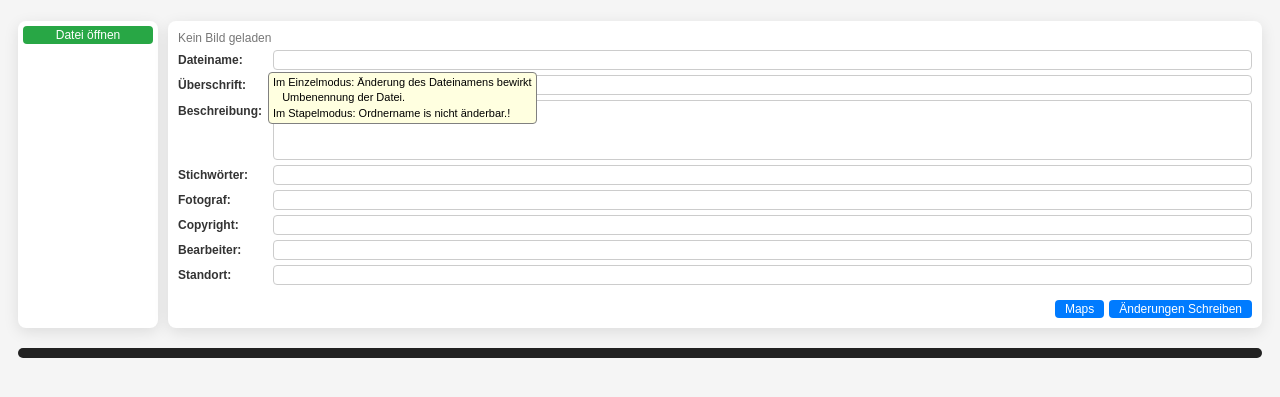
Repository: h-fahle/metadata
Page: ui/index.html
An editor plug-in stored every save of this project. The page is shown before and after the next save, followed by the edit.
The browser window is 1280 px wide. The pictures show the whole page.
The pointer rests on the first visible `.tooltip`.

Above is the page before, as saved 2026-08-18 13:03:48.

### ui/index.html
<!DOCTYPE html>
<html lang="de">

<head>
	<meta charset="UTF-8">
	<title>Tauri ExifTool Test</title>
	<script src="script.js"></script>
	<link rel="stylesheet" href="style.css">
</head>

<body>

	<div class="main-container">

		<!-- Das Vorschaubild links -->
		<div id="sidebar">
			<button id="file-open" onclick="dateiAuswählen()">Datei öffnen</button>

			<!-- 			<select id="menue-oeffnen" onchange="menueAktion(this)" >
				<option value="dateien">🖼️ Bilder öffnen...</option>
				<option value="ordner">📁 Ordner öffnen...</option>
			</select>
 -->
			<img id="vorschau-bild" src="" style="display:none;" />
			<div id="bild-info" style="text-align:center;">
				<span id="img-nummer"></span><br>
				<span id="img-datum"></span><br>
				<span id="img-groesse"></span>
			</div>
		</div>

		<!-- Das Formular rechts -->
		<div id="mein-formular-container">

			<div id="ordner-pfad">Kein Bild geladen</div>

			<div class="tooltip" data-tooltip=
"Im Einzelmodus: Änderung des Dateinamens bewirkt
   Umbenennung der Datei.
Im Stapelmodus: Ordnername is nicht änderbar.!">
				<label for="filename">Dateiname:</label>
				<input type="text" id="filename" name="filename"/>
			</div>

			<div class="tooltip" data-tooltip=
"Auch: (Dokument-)Titel, Schlagzeile, Headline">
				<label for="caption">Überschrift:</label>
				<input type="text" id="caption" name="caption"/>
			</div>

			<div class="tooltip" data-tooltip=
"Beschreibender Text in beliebiger Länge.
(Im Stapelmodus wird der eingegebene Text
   an vorhandenen angehängt.)
Hinweis: Einige Programme zeigen nur 2.000 Zeichen
   oder auch weniger an.">
				<label for="description">Beschreibung:</label>
				<textarea id="description" name="description" style="min-height: 60px;"></textarea>
			</div>

			<div class="tooltip" data-tooltip=
"Komma-separierte Liste. Groß-/Kleinschreibung beachten.
Im Stapelmodus werden die eingegebenen Stichwörter
   an vorhandene angehängt.">
				<label for="keywords">Stichwörter:</label>
				<input type="text" id="keywords" name="keywords"/>
			</div>

			<div class="tooltip" data-tooltip=
"Urheber, Ersteller, Autor
(Tags: Artitst, Creator, By-line)">
				<label for="creator">Fotograf:</label>
				<input type="text" id="creator" name="creator"/>
			</div>

			<div class="tooltip" data-tooltip=
"Urheberrechtshinweis; enthält in der Regel:
Name des Fotografen, Aufnahmejahr und Nutzungsrechte;
(z.B. 'Copyright [1975] [Mustermann], Alle Rechte vorbehalten')">
				<label for="copyright">Copyright:</label>
				<input type="text" id="copyright" name="copyright"/>
			</div>

			<div class="tooltip" data-tooltip=
"Verfasser der Metadaten
(Tags: Caption Writer, Writer Editor)">
				<label for="editor">Bearbeiter:</label>
				<input type="text" id="editor" name="editor"/>
			</div>

			<div class="tooltip" data-tooltip=
"GPS-Koordinaten in Dezimalgrad (51.49129, 8.43317).
Ermitteln der Koordinaten in der Google Maps-Karte:
  1. mit rechter Maustaste auf den Standort klicken,
  2. auf die angezeigten Koordinaten klicken,
  3. der so gespeicherte Wert kann dann mit Strg+V
     kopiert werden.">
				<label for="position">Standort:</label>
				<input type="text" id="position" name="position"/>
			</div>

			<!-- Button-Leiste -->
			<div class="button-group" style="text-align: right; margin-top: 15px;">
				<button type="button" onclick="zeigeMaps(event)" style="background: #007BFF;">Maps</button>
				<button type="button" onclick="exifSchreiben(event)" style="background: #007BFF;">Änderungen Schreiben</button>
			</div>

		</div>
	</div> <!-- Ende des main-containers -->

	<div id="ausgabe"></div>

</body>

</html>

### ui/script.js
let aktuellerBildPfad = "";

async function zeigeMaps(event) {
    event.preventDefault()
    let gps = document.getElementById('position').value;

    try {
        // Ruft direkt unsere eigene, sichere Rust-Funktion auf
        await window.__TAURI__.core.invoke('oeffne_maps_browser', {
            gpsString: gps
        });
    } catch (fehler) {
        console.error("Fehler:", fehler);
    }
}

async function dateiAuswählen() {
    try {
        const ergebnis = await window.__TAURI__.core.invoke('plugin:dialog|open', {
            options: {
                title: 'Bilddatei für ExifTool auswählen',
                directory: false,
                multiple: false,
                filters: [
                    { name: 'Bilder', extensions: ['jpg', 'jpeg', 'png', 'gif', 'tif', 'tiff', 'webp', 'avif', 'heic', 'heif'] }
                ]
            }
        });

        // Wenn der Nutzer nicht abgebrochen hat (ergebnis ist nicht null)
        if (ergebnis) {
            // Falls das Ergebnis ein Objekt ist (z.B. { path: "..." }), holen wir den Pfad heraus,
            // ansonsten nehmen wir den String direkt.
            const pfad = typeof ergebnis === 'object' ? ergebnis.path : ergebnis;

            aktuellerBildPfad = pfad;

            // Sofort automatisch die Metadaten einlesen!
            exifAuslesen();
        }
    } catch (fehler) {
        document.getElementById("ausgabe").innerHTML = "<span style='color: red;'>Dialog-Fehler: " + fehler + "</span>";
    }
}

async function exifAuslesen() {
    const pfad = aktuellerBildPfad;
    const ausgabe = document.getElementById("ausgabe");
    const vorschauImg = document.getElementById("vorschau-bild");


    ausgabe.innerText = "Rufe ExifTool auf...";

    try {
        // 1. Metadaten über Rust holen
        const jsonText = await window.__TAURI__.core.invoke('lese_bild_metdaten', { dateipfad: pfad });
        const datenObjekt = JSON.parse(jsonText)[0]; 	// Das 1. JSON-Objekt im JSON-Array in JS-Objekt umwandeln

        document.getElementById('img-nummer').innerText = '# 0/0';
        let datum = datenObjekt.DateTimeOriginal;
        if (typeof datum === 'undefined') {
            datum = '(unbekannt)';
        }
        document.getElementById('img-datum').innerText = '\u{1F4F7} ' + datum || '';
        document.getElementById('img-groesse').innerText = '⤢ ' + datenObjekt.ImageSize || '';

        document.getElementById('filename').value = datenObjekt.FileName || '';
        document.getElementById('caption').value = datenObjekt.CMB_Caption || '';
        document.getElementById('description').value = datenObjekt.Description || '';
        document.getElementById('keywords').value = datenObjekt.Keywords || '';
        document.getElementById('creator').value = datenObjekt.Creator || '';
        document.getElementById('copyright').value = datenObjekt.Copyright || '';
        document.getElementById('editor').value = datenObjekt.CMB_Editor || '';
        document.getElementById('position').value = datenObjekt.GPSPosition || '';

        const vollerPfad = pfad;
        // Erkennt automatisch Linux-Schrägstriche (/) und Windows-Backslashes (\)
        const letzterSlash = Math.max(vollerPfad.lastIndexOf('/'), vollerPfad.lastIndexOf('\\'));
        let ordner = "Unbekannt";
        if (letzterSlash !== -1) {
            ordner = vollerPfad.substring(0, letzterSlash);
        }
        // Den berechneten Ordnerpfad in das neue Label schreiben
        document.getElementById('ordner-pfad').innerText = ordner;

        // Wir nehmen das erste Element der Liste (ExifTool liefert immer ein Array)
        // und stellen es schön formatiert im Browser dar
        // ausgabe.innerText = JSON.stringify(datenObjekt[0], null, 2);
        ausgabe.innerText = jsonText;

        // Wir fragen Rust nach dem besten Weg für das Bild
        const vorschauErgebnis = await window.__TAURI__.core.invoke('hole_vorschaubild', { dateipfad: pfad });

        if (vorschauErgebnis === "STANDARD") {
            // Normales JPG/PNG über das Asset-Protokoll
            const assetUrl = window.__TAURI__.core.convertFileSrc(pfad);
            vorschauImg.src = assetUrl + "?t=" + new Date().getTime();
        } else if (vorschauErgebnis.startsWith("data:[embedded picture, 23 characters]")) {
            // TIF/TIFF über den im RAM kompilierten Rust-Wandler
            vorschauImg.src = vorschauErgebnis;
        }

        vorschauImg.style.display = "block";

    } catch (fehler) {
        ausgabe.innerHTML = "<span style='color: red;'>Fehler: " + fehler + "</span>";
        vorschauImg.style.display = "none";
        infoText.innerText = "Fehler beim Laden";
    }
}

async function exifSchreiben(ereignis) {
    if (ereignis) ereignis.preventDefault();  // verbietet dem Browser den automatischen Seiten-Reset!

    const pfad = aktuellerBildPfad;
    const ausgabe = document.getElementById("ausgabe");

    ausgabe.innerText = "Speichere Daten über ExifTool...";

    // Wir sammeln alle aktuellen Werte aus den Eingabefeldern ein
    const daten = {
        dateipfad: pfad,
        filename: document.getElementById('filename').value,
        caption: document.getElementById('caption').value,
        description: document.getElementById('description').value,
        keywords: document.getElementById('keywords').value.split(',').map(s => s.trim()).join(', '),
        creator: document.getElementById('creator').value,
        copyright: document.getElementById('copyright').value,
        editor: document.getElementById('editor').value,
        gps: document.getElementById('position').value
    };

    try {
        // Wir schicken das gesamte Paket an die Rust-Funktion 'schreibe_bild_metdaten'
        const antwort = await window.__TAURI__.core.invoke('schreibe_bild_metdaten', daten);

        // Bei Erfolg zeigen wir die Meldung in grüner Schrift an
        ausgabe.innerHTML = "<span style='color: #00ff00;'>" + antwort + "</span>";

        // 2. Da der Pfad dank preventDefault() jetzt bombenfest im Feld stehen bleibt,
        // funktioniert das Neuladen nun augenblicklich und fehlerfrei!
        await exifAuslesen();

    } catch (fehler) {
        // Falls etwas schiefgeht (z.B. Datei schreibgeschützt), zeigen wir den Fehler an
        ausgabe.innerHTML = "<span style='color: red;'>Fehler beim Speichern: " + fehler + "</span>";
    }
}

### ui/style.css
body {
	font-family: sans-serif;
	font-size: 12px;
	padding: 3px 10px;
	background: #f5f5f5;
}

button {
	padding: 2px 10px;
	font-size: 12px;
	cursor: pointer;
	background: #28a745;
	color: white;
	border: none;
	border-radius: 4px;
}

select {
	-moz-appearance: none;
	-webkit-appearance: none;
	appearance: none;
	border: none;
	border-radius: 4px;
	background: #28a745;
	color: white;
	width: 120px;
}

#ausgabe {
	margin-top: 20px;
	background: #222;
	color: #00ff00;
	padding: 5px;
	border-radius: 5px;
	font-family: monospace;
	white-space: pre-wrap;
	overflow-x: auto;
}

input#bildpfad {
	width: 350px;
}

/* Der neue Haupt-Container für die Nebeneinander-Ausrichtung */
.main-container {
	margin-top: 10px;
	display: flex;
	flex-direction: row;
	/* Elemente nebeneinander */
	gap: 10px;
	/* Abstand zwischen Bild und Formular */
	width: 100%;
	box-sizing: border-box;
}

/* Styling für den Bild-Bereich */
#sidebar {
	width: 130px;
	min-width: 130px;
	display: flex;
	flex-direction: column;
	align-items: center;
	justify-content: flex-start;
	padding: 5px;
	background-color: #ffffff;
	border-radius: 8px;
	box-shadow: 0 4px 15px rgba(0, 0, 0, 0.1);
}

#file-open {
	width: 130px;
	margin-bottom: 10px;
}

#vorschau-bild {
	width: 130px;
	height: auto;
	border: 1px outset gray;
}

/* Container des Formulars */
#mein-formular-container {
	flex-grow: 1;
	margin: 0;
	padding: 5px 10px;
	background-color: #ffffff;
	border-radius: 8px;
	box-shadow: 0 4px 15px rgba(0, 0, 0, 0.1);
	font-family: Arial, sans-serif;
}

#mein-formular-container div {
	display: flex;
	align-items: center;
	margin: 6px 0;
	/* Geringer Zeilenabstand */
	width: 100%;
	margin-top: 5px;
	/* Kleiner Abstand nach oben */
	margin-bottom: 5px;
	/* Kleiner Abstand nach unten */
}

label[for="description"] {
	align-self: flex-start;
	/* DIESE ZEILE IST DIE RETTUNG: Richtet NUR dieses Label oben aus! */
	margin-top: 4px;
	/* Feinjustierung, damit es perfekt auf der Linie der ersten Textzeile liegt */
}

#ordner-pfad {
	margin-left: 97px;
	margin-bottom: 2px;
	color: #777777;
	font-size: 12px;
	font-family: Arial, sans-serif;
}

/* Feste Breite für die Labels + Linksbündig */
label {
	display: inline-block;
	width: 95px;
	text-align: left;
	font-weight: bold;
	color: #333333;
	flex-shrink: 0;
	/* Verhindert, dass der Text zusammengedrückt wird */
}

/* Eingabefelder füllen den restlichen Platz der Zeile aus */
input[type="text"],
textarea {
	flex-grow: 1;
	/* Alle Felder starten exakt an der gleichen Linie */
	width: 100%;
	min-width: 0;
	padding: 2px;
	border: 1px solid #cccccc;
	border-radius: 4px;
	box-sizing: border-box;
	font-size: 12px;
}

textarea {
	/* DIESE BEIDEN ZEILEN LÖSEN DAS LINUX-PROBLEM ENDGÜLTIG: */
	field-sizing: content;
	/* Die Box wächst automatisch zeilenweise mit! */
	overflow: hidden;
	/* Schaltet Scrollbalken und damit den Bug komplett ab */
	resize: none;
	/* Der Nutzer muss nicht mehr manuell ziehen */
}

/* Aktives Feld bei Klick */
input:focus,
textarea:focus {
	border-color: #007BFF;
	outline: none;
	box-shadow: 0 0 5px rgba(0, 123, 255, 0.5);
}

.tooltipx {
  position: relative;
  z-index: 1;
}
/* Tooltip-Box beim Hover anzeigen */
.tooltipx:hover::after {
  z-index: 999;
  content: attr(data-tooltip);
  position: absolute;
  bottom: -130%;  /* unterhalb */
  left: 50%;	/* nach rechts versetzt */
  transform: translateX(-50%);
  background-color: lightyellow;
  color: black;
  padding: 5px 10px;
  border: 1px solid gray;
  border-radius: 4px;
  white-space: pre;
  width: max-content;
  font-size: 10px;
}

.tooltip {
  position: relative;
  display: block;
  margin-bottom: 15px;
  /* Wichtig: Standard-Ebene für alle Zeilen */
  z-index: 1;
}

/* Wenn die Maus drüber ist oder getippt wird, MUSS diese Zeile über allen anderen liegen */
.tooltip:hover,
.tooltip:has(input:focus) {
  z-index: 9999 !important; /* !important stellt sicher, dass kein anderes CSS das blockiert */
}

/* Der Tooltip selbst */
.tooltip:hover::after,
.tooltip:has(input:focus)::after {
  content: attr(data-tooltip);
  position: absolute;

  /* Vertikale Positionierung (unten) */
  top: 70%;
  margin-top: 8px;
  bottom: auto;

  /* Horizontale Positionierung (an deiner Label-Breite) */
  left: 90px;        /* Hier wieder deine Label-Breite eintragen */
  right: auto;
  transform: none;

  /* Styling & Farben */
  background-color: #333333;
  color: #ffffff;
  padding: 2px 4px;
  background-color: lightyellow;
  color: black;
  border: 1px solid gray;
  border-radius: 4px;
  font-size: 11px;
  line-height: 1.4;

  /* Dynamische Breite */
  white-space: pre;
  width: max-content;

  /* DIE RETTUNG FÜR DEN Z-INDEX: */
  z-index: 100000;
  pointer-events: none; /* Verhindert, dass der Tooltip Maus-Klicks oder Hovers abfängt */
}



/* Der Absendeknopf richtet sich nach den Eingabefeldern aus */
.button-group {
	display: flex;
	justify-content: flex-end;
}

.button-group button {
		margin-left: 5px;
}

button[type="submit"] {
	width: 200px;
	padding: 12px;
	background-color: #007BFF;
	color: white;
	border: none;
	border-radius: 4px;
	font-size: 16px;
	cursor: pointer;
	transition: background-color 0.3s ease;
}

button[type="submit"]:hover {
	background-color: #0056b3;
}

After the next save:
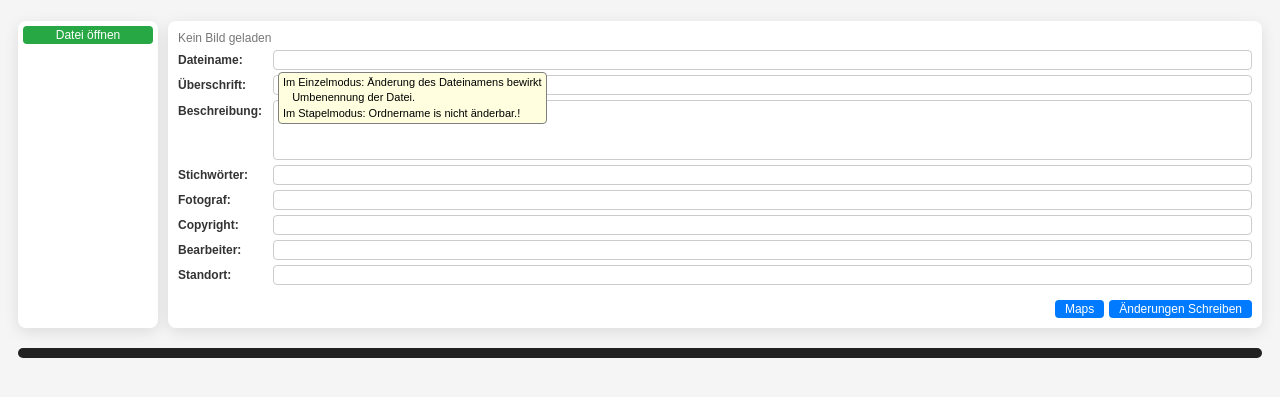
Saved 9 s later.
--- a/ui/style.css
+++ b/ui/style.css
@@ -207,7 +207,7 @@ textarea:focus {
   bottom: auto;
 
   /* Horizontale Positionierung (an deiner Label-Breite) */
-  left: 90px;        /* Hier wieder deine Label-Breite eintragen */
+  left: 100px;        /* Hier wieder deine Label-Breite eintragen */
   right: auto;
   transform: none;
 
